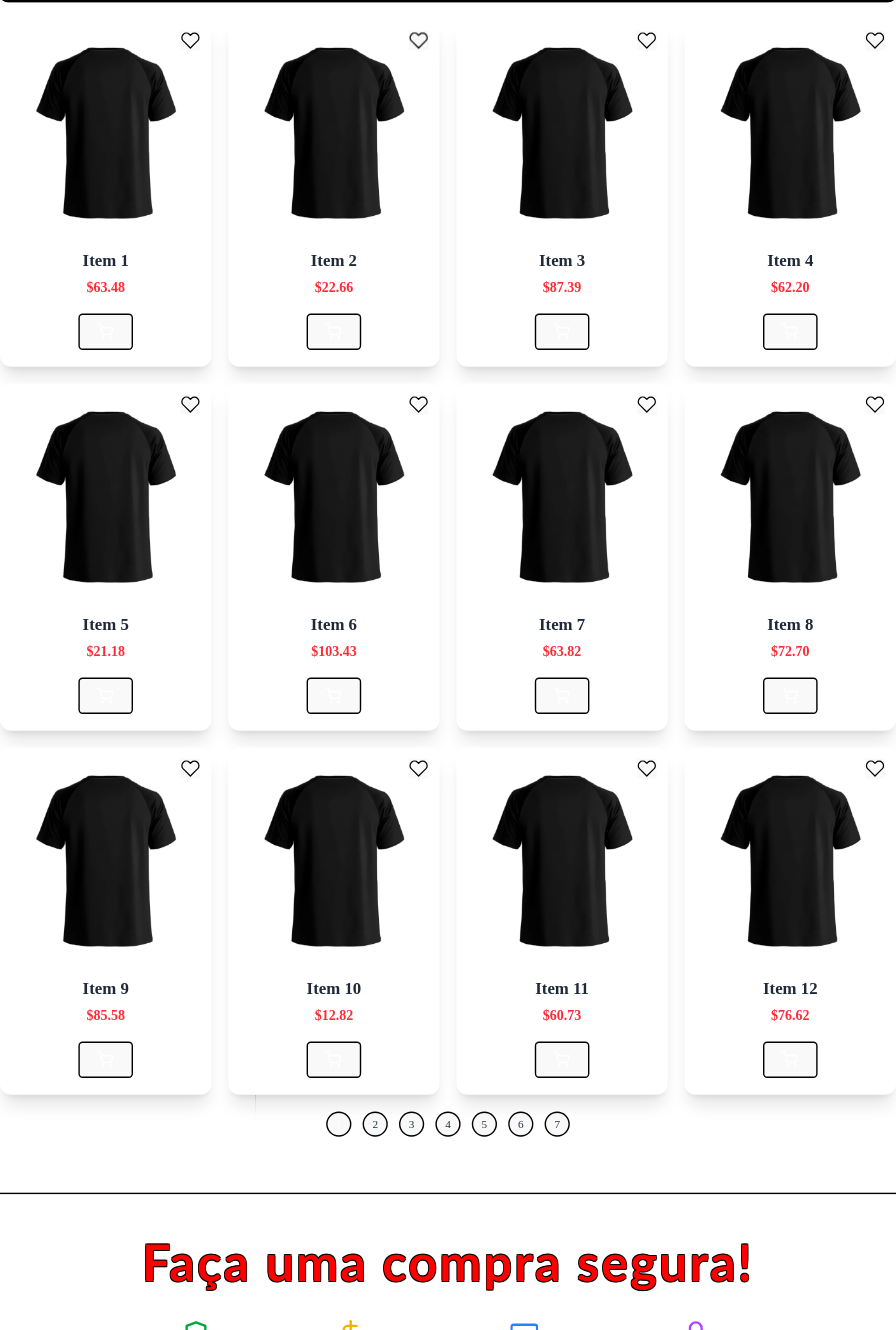
Repository: Kevin-Pro-Codes/looping-e-commerce
Page: / (app in loop-client/)
The author's editor kept a copy of each file at every save. The page is drawn from the files as they stood at one save, then again after the next save.
The browser window is 1280 px wide. The pictures show the part of the page from y = 487 to 2387 px (the page is 3328 px tall before and 3388 px after), at 70% of full size.
The project was rebuilt for these pictures with package versions that can differ from the ones it lists, and the page was loaded fresh each time. Also part of the build but not shown: loop-client/vite.config.js.

Above is the page before, as saved 2025-10-02 19:18:55.

After the next save:
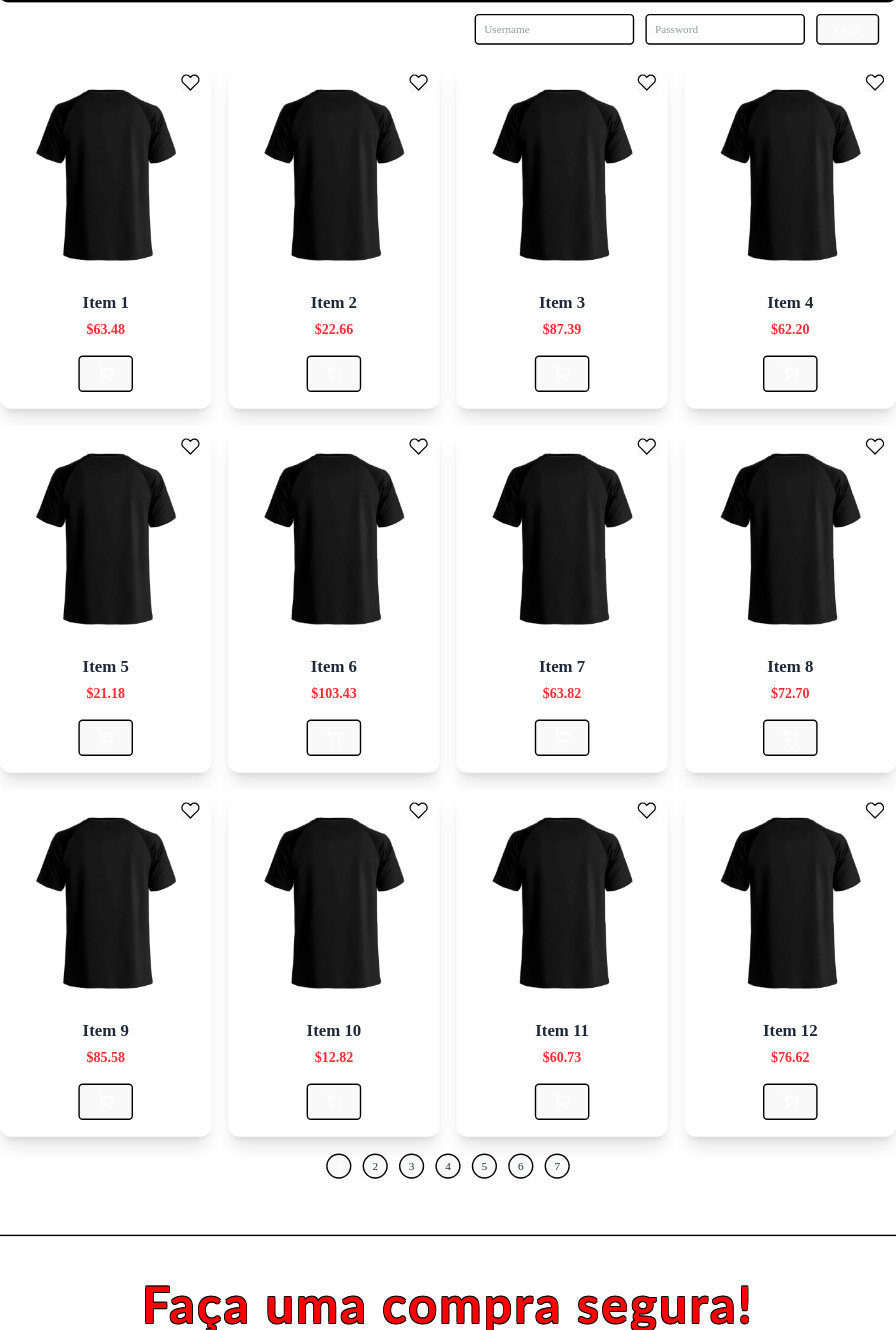
Saved 5 min 18 s later.
--- a/loop-client/src/App.jsx
+++ b/loop-client/src/App.jsx
@@ -101,6 +101,24 @@
           </div>
         </div>
 
+{/* Login Section */}
+<div className="w-full max-w-[1650px] mx-auto my-4 px-6 flex justify-end items-center gap-4">
+  <input
+    type="text"
+    placeholder="Username"
+    className="border-2 border-black rounded-md px-3 py-2 focus:outline-none focus:ring-2 focus:ring-red-500"
+  />
+  <input
+    type="password"
+    placeholder="Password"
+    className="border-2 border-black rounded-md px-3 py-2 focus:outline-none focus:ring-2 focus:ring-red-500"
+  />
+  <button className="bg-red-500 text-white px-6 py-2 rounded-md border-2 border-black hover:bg-red-600 transition-colors">
+    Login
+  </button>
+</div>
+
+
         {/* Grid of items */}
         <div className="grid grid-cols-1 sm:grid-cols-2 md:grid-cols-4 gap-6 w-full max-w-[1650px] mx-auto mt-6">
           {pagedItems.map((item) => {

After the save that followed:
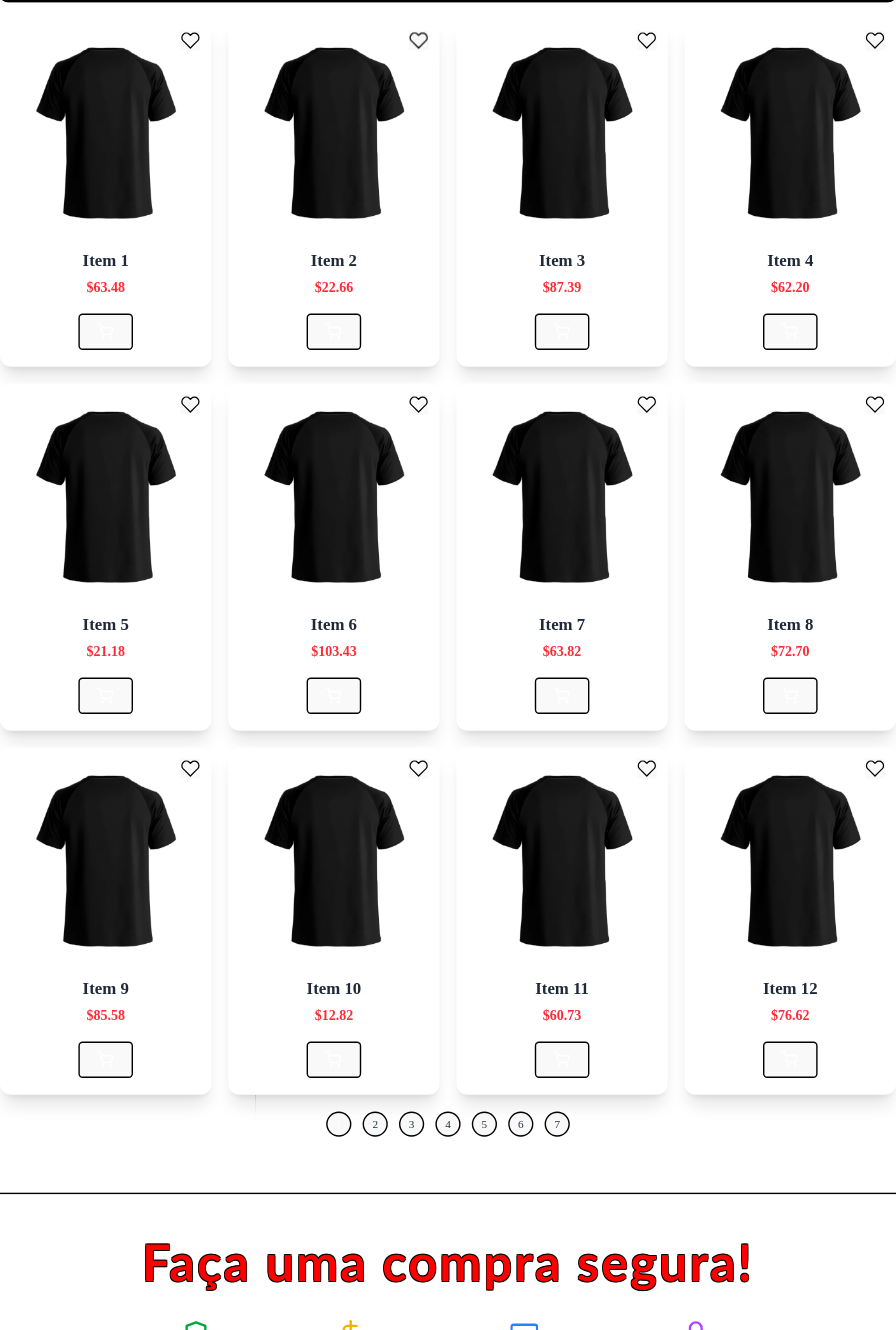
Saved 23 s later.
--- a/loop-client/src/App.jsx
+++ b/loop-client/src/App.jsx
@@ -101,22 +101,6 @@
           </div>
         </div>
 
-{/* Login Section */}
-<div className="w-full max-w-[1650px] mx-auto my-4 px-6 flex justify-end items-center gap-4">
-  <input
-    type="text"
-    placeholder="Username"
-    className="border-2 border-black rounded-md px-3 py-2 focus:outline-none focus:ring-2 focus:ring-red-500"
-  />
-  <input
-    type="password"
-    placeholder="Password"
-    className="border-2 border-black rounded-md px-3 py-2 focus:outline-none focus:ring-2 focus:ring-red-500"
-  />
-  <button className="bg-red-500 text-white px-6 py-2 rounded-md border-2 border-black hover:bg-red-600 transition-colors">
-    Login
-  </button>
-</div>
 
 
         {/* Grid of items */}
